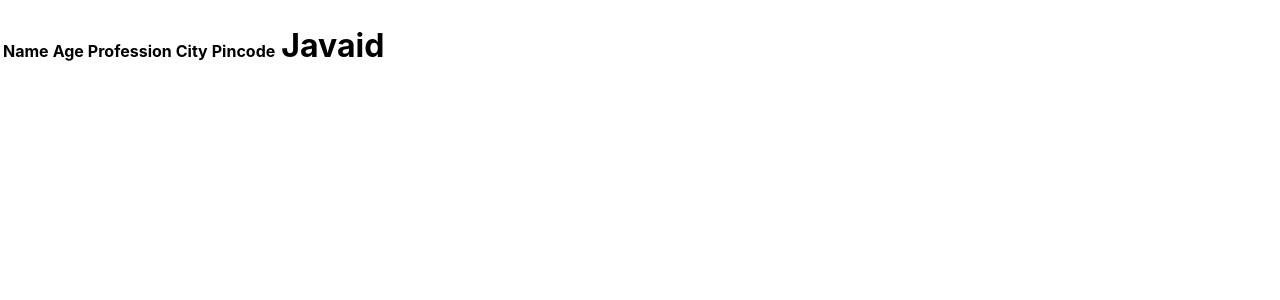
Repository: JavaidAhmadKhan/framer-motion-reacr
Page: /
An editor plug-in stored every save of this project. The page is shown before and after the next save, followed by the edit.
The browser window is 1280 px wide. The pictures show the whole page.
The project was rebuilt for these pictures with package versions that can differ from the ones it lists, and the page was loaded fresh each time.

Above is the page before, as saved 2022-05-19 17:37:10.

### src/App.js
import { Component } from "react";

import "./App.css";
class App extends Component {
  constructor() {
    console.log("constructor");
    super();
    console.log("super");
    this.state = {
      name: "Javaid",
      age: 30,
      profession: "Software Engineer",
      address: {
        city: "Srinagar",
        pincode: "190001",
      },
    };
  }

  render() {
    console.log("render");
    return (
      <div className="App">
        <table>
          <th>Name</th>
          <th>Age</th>
          <th>Profession</th>
          <th>City</th>
          <th>Pincode</th>
          <td>
            <tr>
              <h1>{this.state.name}</h1>
            </tr>
          </td>
          {/* <h2>{this.state.profession}</h2>
          <h2>{this.state.address.city}</h2>
          <h2>{this.state.address.pincode}</h2> */}
        </table>
      </div>
    );
  }
}

export default App;

Loaded but not shown: public/index.html (common file); src/index.js (common file); src/index.css (common file); src/reportWebVitals.js (common file); src/App.css (common file)

After the next save:
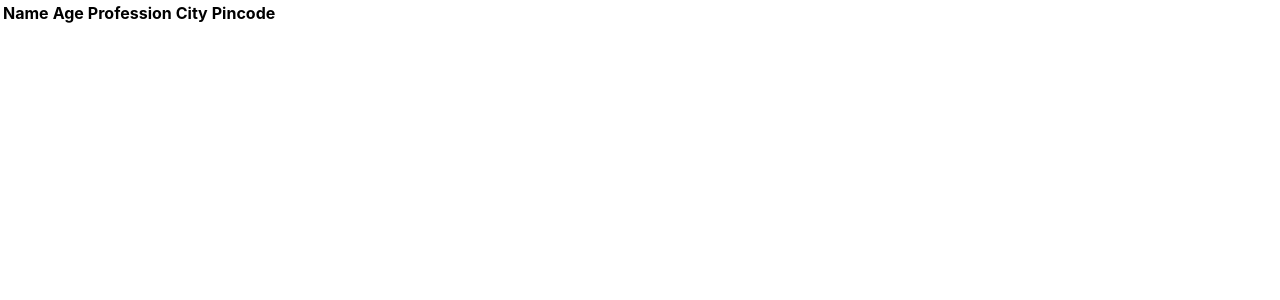
Saved 7 s later.
--- a/src/App.js
+++ b/src/App.js
@@ -28,9 +28,9 @@ class App extends Component {
           <th>City</th>
           <th>Pincode</th>
           <td>
-            <tr>
+            {/* <tr>
               <h1>{this.state.name}</h1>
-            </tr>
+            </tr> */}
           </td>
           {/* <h2>{this.state.profession}</h2>
           <h2>{this.state.address.city}</h2>
